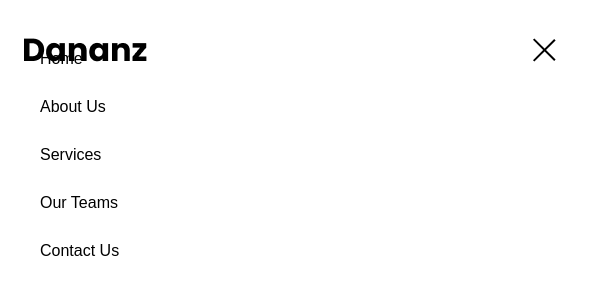
Repository: AsadKasimov/disain
Page: index.html
These files come from the project's save history. The page is drawn as it stood at one moment and after a run of saves; the edit follows.
The browser window is 600 px wide. The pictures show the whole page.
After loading, the first visible `div.burger` was clicked once.

Above is the page before, as saved 2023-04-20 00:13:44.

After the next 2 saves:
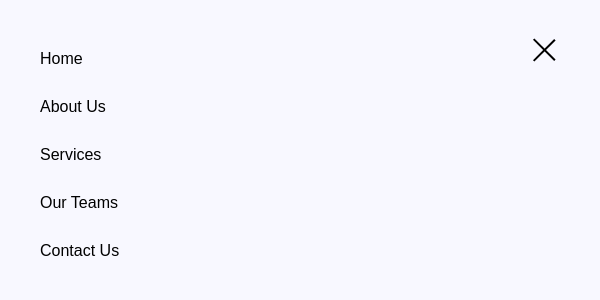
The 2 saves are shown as one change because they came seconds apart.
The last was saved 6 s later.
--- a/style.css
+++ b/style.css
@@ -117,7 +117,7 @@ body {
       z-index: 50;
       overflow-y: auto;
       padding: 50px 40px;
-      background-color: ;
+      background-color: ghostwhite;
 
   }
 
